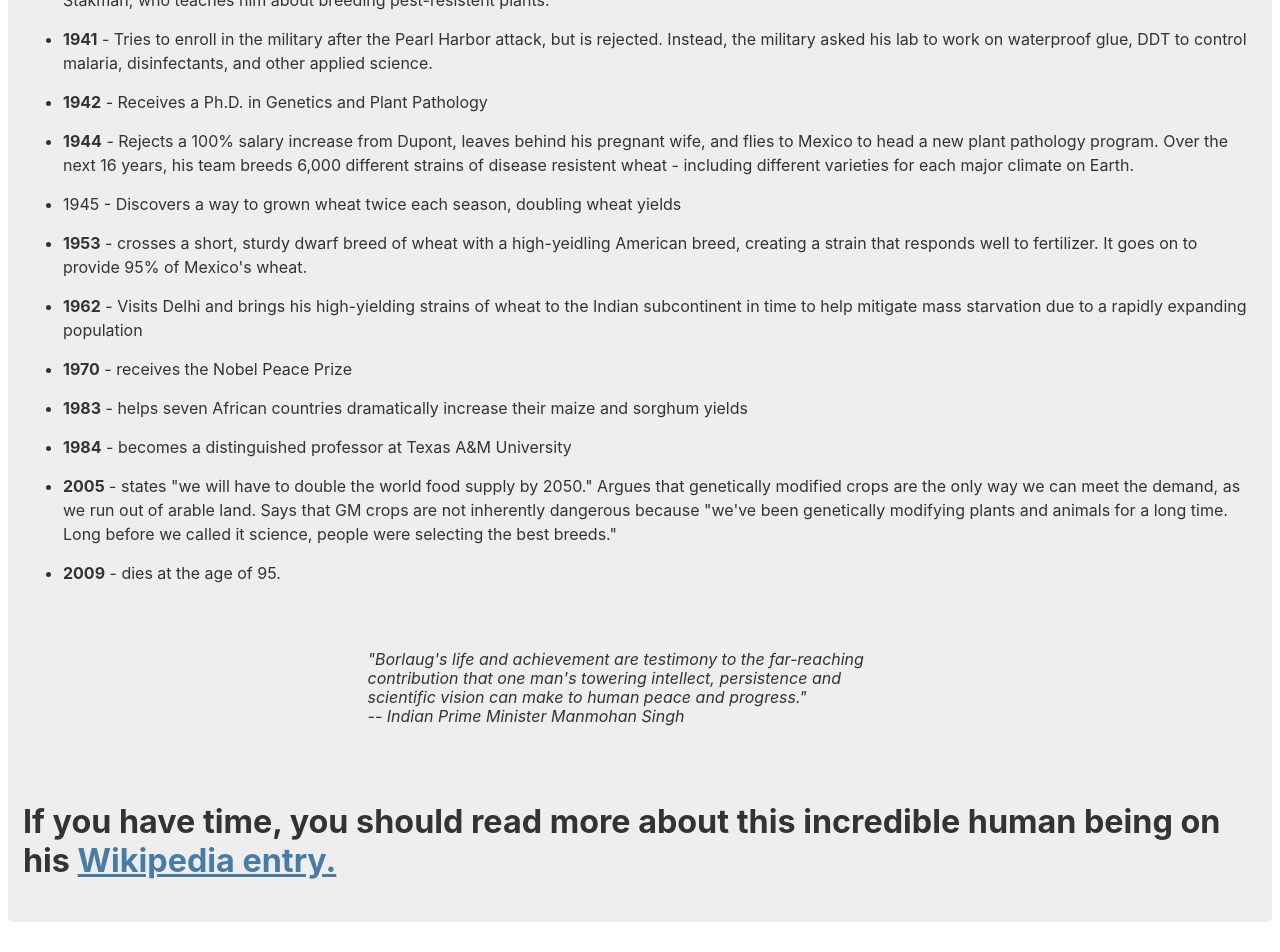
Repository: Lungdjos/tribute-page-certificate
Page: index.html
The author's editor kept a copy of each file at every save. The page is drawn from the files as they stood at one save, then again after the next save.
The browser window is 1280 px wide. The pictures show the part of the page from y = 848 to 1800 px (the page is 1800 px tall).
A picture or video elsewhere on the page could not be fetched, so the positions and the page height are approximate.

Above is the page before, as saved 2023-10-30 12:50:44.

After the next save:
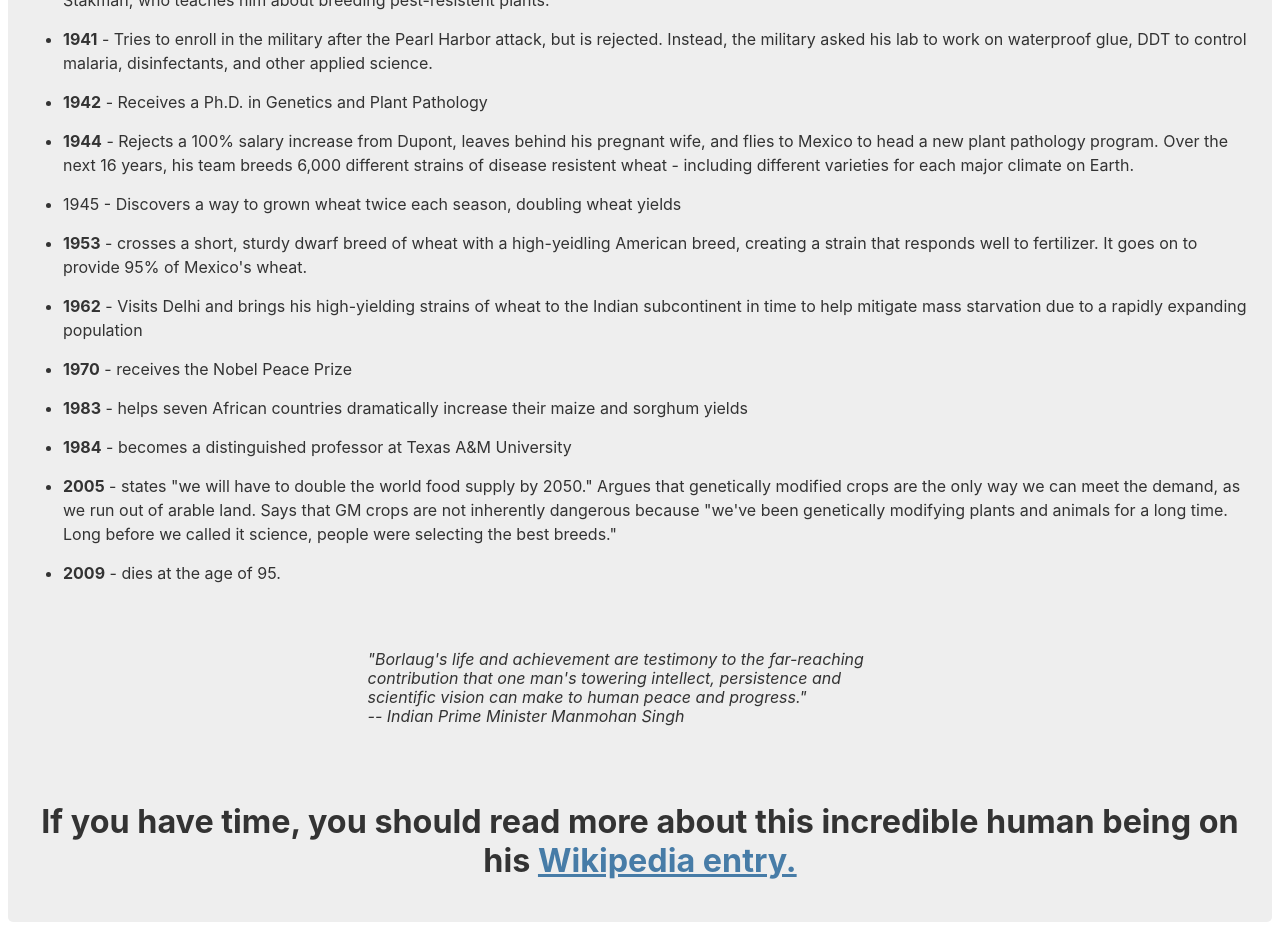
Saved 35 s later.
--- a/styles.css
+++ b/styles.css
@@ -64,7 +64,6 @@
         display: flex;
         justify-content: center;
         flex-wrap: wrap;
-        text-align: left;
     }
 
     ul {
